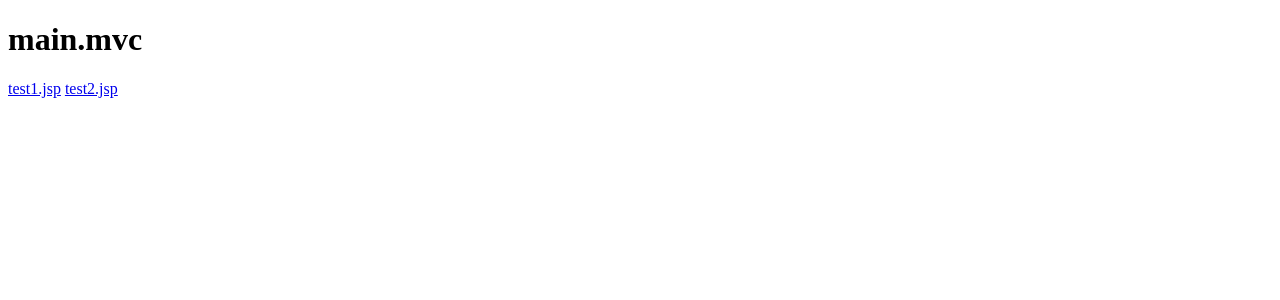
Repository: nxx5xxx/spring
Page: http://localhost/Test/main.jsp
These files come from the project's save history. The page is drawn as it stood at one moment and after the next save; the edit follows.
The browser window is 1280 px wide. The pictures show the whole page.
The page is served by Tomcat 9. Other server files are loaded and not shown.

Above is the page before, as saved 2023-06-02 05:07:54.

### Test/WebContent/main.jsp
<%@ page language="java" contentType="text/html; charset=UTF-8"
    pageEncoding="UTF-8"%>
<!DOCTYPE html>
<html>
<head>
<meta charset="UTF-8">
<title>Insert title here</title>
</head>
<body>
	<h1>main.mvc</h1>
	<a href="test1.mvc">test1.jsp</a>
	<a href="test2.mvc">test2.jsp</a>
</body>
</html>

After the next save:
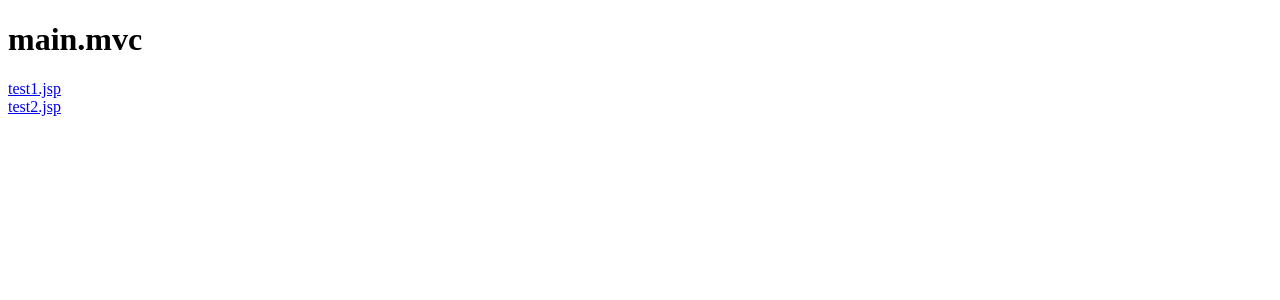
Saved 2 min 55 s later.
--- a/Test/WebContent/main.jsp
+++ b/Test/WebContent/main.jsp
@@ -8,7 +8,7 @@
 </head>
 <body>
 	<h1>main.mvc</h1>
-	<a href="test1.mvc">test1.jsp</a>
+	<a href="test1.mvc">test1.jsp</a><br>
 	<a href="test2.mvc">test2.jsp</a>
 </body>
 </html>
